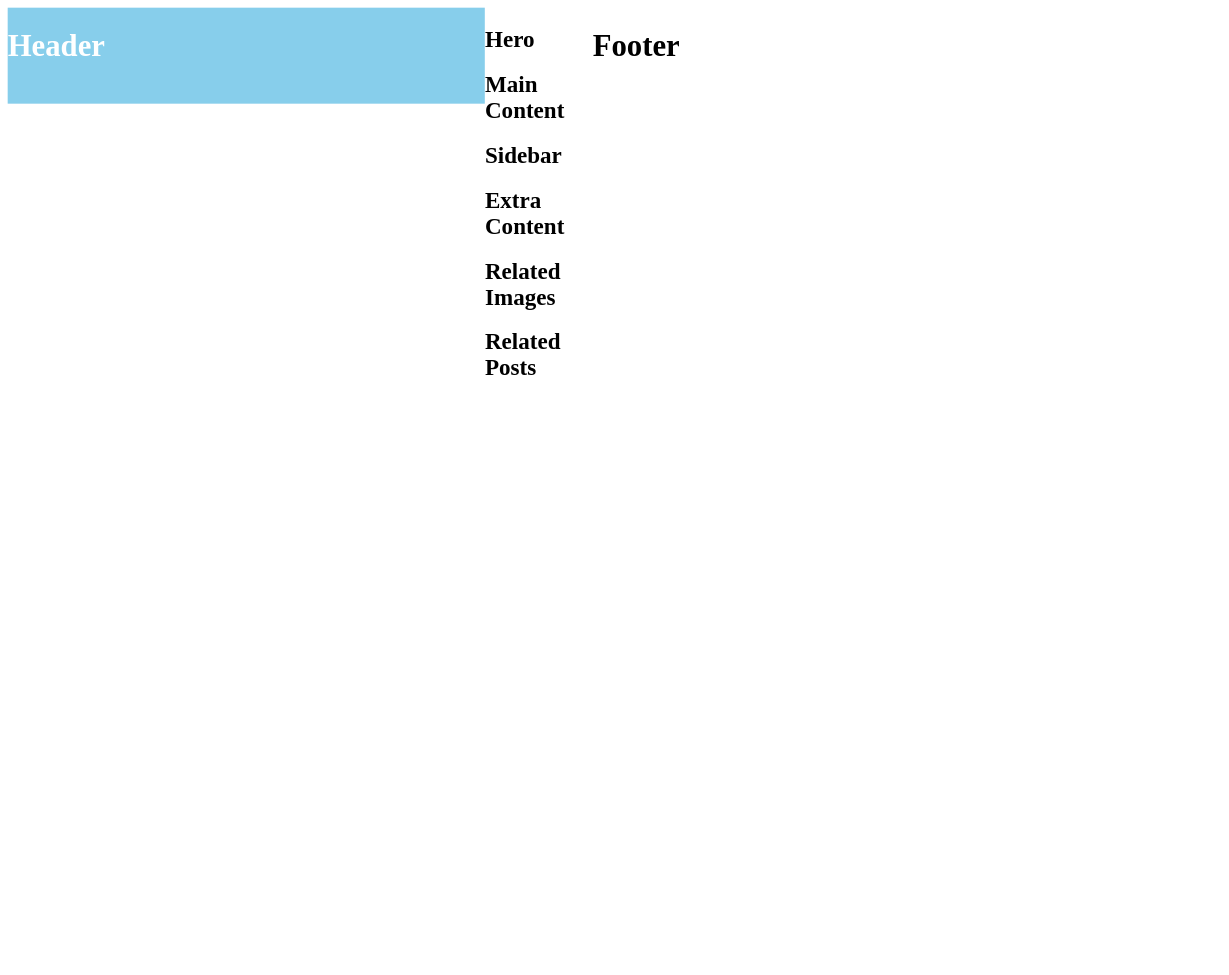
Repository: harshitanthal1/assignments_avisoft
Page: 01-02-2024/assignment_2/index.html
An editor plug-in stored every save of this project. The page is shown before and after the next save, followed by the edit.
The browser window is 1280 px wide. The pictures show the whole page, at 96% of full size.

Above is the page before, as saved 2024-02-01 17:45:27.

### 01-02-2024/assignment_2/index.html
<!DOCTYPE html>
<html lang="en">
<head>
    <meta charset="UTF-8">
    <meta name="viewport" content="width=device-width, initial-scale=1.0">
    <title>Assignment 2</title>
    <link rel="stylesheet" href="styles/styles.css" />
</head>
<body>
    <div id="main-sec">
       <div id="header"><h1>Header</h1></div>
       <div id="main">
           <div id="sec1"><h2>Hero</h2></div>
           <div id="sec2"><h2>Main Content</h2></div>
           <div id="sec3"><h2>Sidebar</h2></div>
           <div id="sec4"><h2>Extra Content</h2></div>
           <div id="sec5"><h2>Related Images</h2></div>
           <div id="sec6"><h2>Related Posts</h2></div>
       </div>
       <div id="footer"><h1>Footer</h1></div>
    </div>
</body>
</html>

### 01-02-2024/assignment_2/styles/styles.css
#main-sec {
    display: flex;
    width: 700px;
    height: 1000px;
}

#header {
    background-color: skyblue;
    color: white;
    width: 700px;
    height: 100px;

}

After the next save:
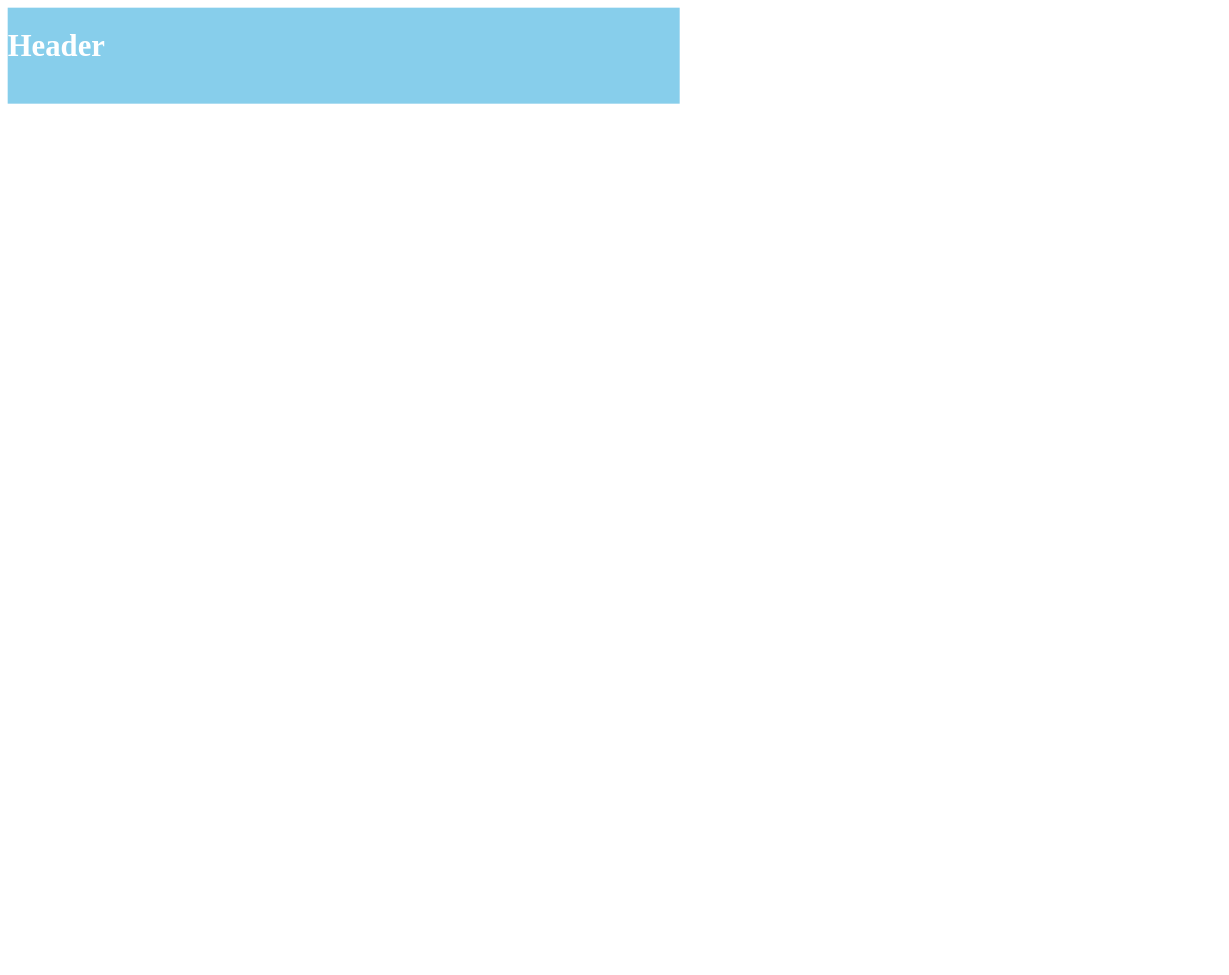
Saved 3 min 31 s later.
--- a/01-02-2024/assignment_2/styles/styles.css
+++ b/01-02-2024/assignment_2/styles/styles.css
@@ -2,11 +2,12 @@
     display: flex;
     width: 700px;
     height: 1000px;
+    color: white;
+    flex-direction: column;
 }
 
 #header {
     background-color: skyblue;
-    color: white;
     width: 700px;
     height: 100px;
 
